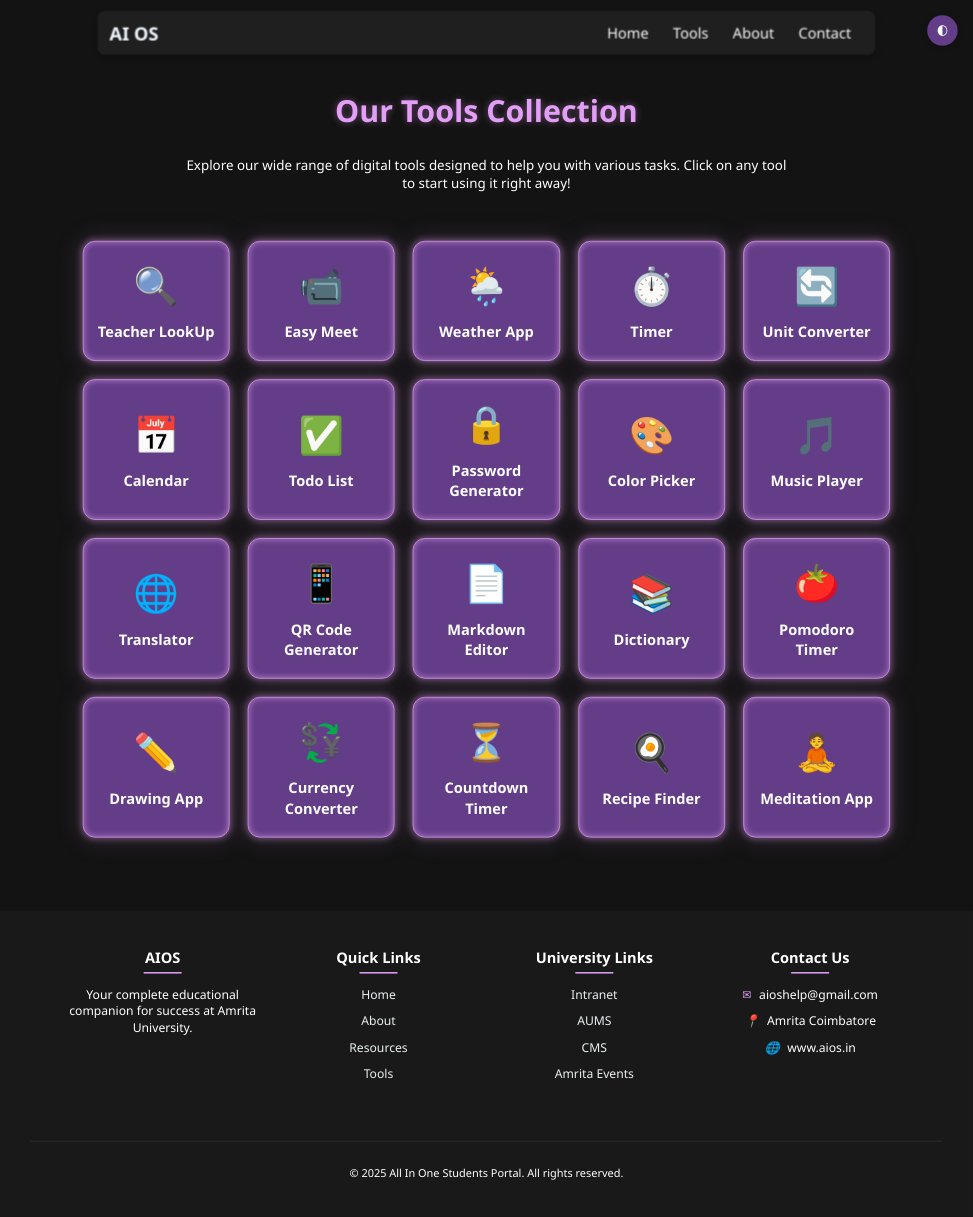
Repository: AniruthKarthik/AIOS
Page: tools.html
The author's editor kept a copy of each file at every save. The page is drawn from the files as they stood at one save, then again after the next save.
The browser window is 1280 px wide. The pictures show the whole page, at 76% of full size.

Above is the page before, as saved 2025-04-01 10:13:32.

### tools.html
<!DOCTYPE html>
<html lang="en">
<head>
    <meta charset="UTF-8">
    <meta name="viewport" content="width=device-width, initial-scale=1.0">
    <title>Tools Page</title>
    <style>
:root {
    --base-color: rgb(19, 19, 19);
    --base-variant: rgb(35, 35, 35);
    --text-color: #ffffff;
    --accent-color: rgb(227, 159, 246);
    --accent-rgb: 227, 159, 246;
    --btn-bg-color: rgb(100, 61, 136);
    --glow-color: rgba(227, 159, 246, 0.4);
}

.lightmode {
    --base-color: #ffffff;
    --base-variant: #f0f0f0;
    --text-color: #333333;
    --accent-color: #000000;
    --accent-rgb: 0, 0, 0;
    --btn-bg-color: #e0e0e0;
    --glow-color: rgba(0, 0, 0, 0.2);
}

* {
    margin: 0;
    padding: 0;
    box-sizing: border-box;
    font-family: 'Segoe UI', Tahoma, Geneva, Verdana, sans-serif;
}

body {
    display: flex;
    flex-direction: column;
    min-height: 100vh; /* Changed from 270vh to 100vh */
    background: var(--base-color);
    color: var(--text-color);
    transition: background-color 0.3s ease, color 0.3s ease;
    overflow-x: hidden;
}

/* Navbar */
nav {
    display: flex;
    justify-content: space-between;
    align-items: center;
    background-color: rgb(31, 31, 31);
    padding: 1rem;
    height: 8vh;
    width: 80%;
    margin: 2vh auto;
    border-radius: 10px;
    backdrop-filter: blur(10px);
    box-shadow: 0 4px 10px rgba(0, 0, 0, 0.2);
    position: relative;
    z-index: 10;
}

nav .logo {
    font-size: 1.5rem;
    color: aliceblue;
    font-weight: bold;
}

nav .nav-links {
    list-style-type: none;
    display: flex;
}

nav .nav-links li {
    margin: 0 1rem;
}

nav .nav-links li a {
    text-decoration: none;
    color: #fefdff;
    font-size: 1.2rem;
}

nav .nav-links li a:hover {
    color: rgb(227, 159, 246);
}

.main-content {
    flex: 1;
    display: flex;
    flex-direction: column;
    padding: 2rem;
    text-align: center;
    width: 100%;
    box-sizing: border-box;
}

.main-content h1 {
    font-size: 2.5rem;
    margin-bottom: 2rem;
    color: var(--accent-color);
    text-shadow: 0 0 10px var(--glow-color);
}

.main-content p {
    font-size: 1.1rem;
    color: var(--text-color);
    max-width: 800px;
    margin: 0 auto 3rem auto;
}

::-webkit-scrollbar {
    width: 12px;
}

::-webkit-scrollbar-track {
    background: rgba(0, 0, 0, 0.1);
    border-radius: 40px;
    margin: 10px;
    box-shadow: inset 0 0 5px var(--glow-color);
}

::-webkit-scrollbar-thumb {
    background: var(--accent-color);
    border-radius: 40px;
    border: 2px solid var(--base-color);
    transition: background 0.3s ease;
}

::-webkit-scrollbar-thumb:hover {
    background: var(--btn-bg-color);
}

.tools-container {
    display: grid;
    grid-template-columns: repeat(5, 1fr);
    gap: 1.5rem;
    width: 90%;
    margin: 0 auto;
    padding: 1rem;
    margin-bottom: 3rem; /* Add margin to the bottom */
}

.tool-box {
    background-color: var(--btn-bg-color);
    border: 1px solid var(--accent-color);
    border-radius: 1em;
    display: flex;
    flex-direction: column;
    align-items: center;
    justify-content: center;
    padding: 1.5rem 1rem;
    color: var(--text-color);
    text-decoration: none;
    cursor: pointer;
    transition: all 0.3s;
    box-shadow: 0 0 0.5em 0.15em var(--glow-color),
                0 0 2em 0.5em rgba(var(--accent-rgb), 0.1),
                inset 0 0 0.4em 0.15em var(--glow-color);
    min-height: 150px;
    position: relative;
}

.tool-box:hover {
    color: var(--base-color);
    background-color: var(--accent-color);
    box-shadow: 0 0 1em 0.25em var(--glow-color),
                0 0 4em 2em rgba(var(--accent-rgb), 0.2),
                inset 0 0 0.75em 0.25em var(--glow-color);
    transform: translateY(-5px);
}

.tool-box:active {
    box-shadow: 0 0 0.6em 0.25em var(--glow-color),
                0 0 2.5em 2em rgba(var(--accent-rgb), 0.1),
                inset 0 0 0.5em 0.25em var(--glow-color);
    transform: translateY(0);
}

.tool-box .emoji {
    font-size: 3rem;
    margin-bottom: 1rem;
}

.tool-box .tool-name {
    font-size: 1.2rem;
    font-weight: bold;
    text-align: center;
}

/* Footer */
footer {
    background-color: rgb(25, 25, 25);
    color: white;
    padding: 3rem 0;
    text-align: center;
    width: 100%;
    margin-top: auto; /* Push footer to the bottom */
}

.footer-content {
    display: flex;
    flex-wrap: wrap;
    justify-content: space-between;
    max-width: 1200px;
    margin: 0 auto;
    padding: 0 2rem;
}

.footer-section {
    flex: 1;
    min-width: 250px;
    margin-bottom: 2rem;
    display: flex;
    flex-direction: column;
    align-items: center;
}

.footer-title {
    font-size: 1.2rem;
    margin-bottom: 1.5rem;
    position: relative;
    display: inline-block;
}

.footer-title::after {
    content: '';
    position: absolute;
    left: 50%;
    bottom: -8px;
    width: 50px;
    height: 2px;
    background-color: var(--accent-color);
    transform: translateX(-50%);
}

.footer-links {
    list-style: none;
    text-align: center;
}

.footer-links li {
    margin-bottom: 0.8rem;
}

.footer-links a {
    color: #ecf0f1;
    text-decoration: none;
    transition: color 0.3s;
}

.footer-links a:hover {
    color: var(--accent-color);
}

.footer-contact p {
    margin-bottom: 0.8rem;
    display: flex;
    align-items: center;
    justify-content: center;
}

.footer-contact i {
    margin-right: 10px;
    color: var(--accent-color);
}

.copyright {
    text-align: center;
    padding-top: 2rem;
    border-top: 1px solid rgba(255, 255, 255, 0.1);
    margin-top: 2rem;
    font-size: 0.9rem;
    max-width: 1200px;
    margin-left: auto;
    margin-right: auto;
    padding-left: 2rem;
    padding-right: 2rem;
}

.theme-toggle {
    position: fixed;
    top: 20px;
    right: 20px;
    width: 40px;
    height: 40px;
    border-radius: 50%;
    background-color: var(--btn-bg-color);
    display: flex;
    align-items: center;
    justify-content: center;
    cursor: pointer;
    z-index: 100;
    box-shadow: 0 2px 10px rgba(0, 0, 0, 0.2);
    transition: all 0.3s ease;
}

.theme-toggle:hover {
    transform: scale(1.1);
    box-shadow: 0 4px 15px var(--glow-color);
}

@media (max-width: 1200px) {
    .tools-container {
        grid-template-columns: repeat(4, 1fr);
    }
}

@media (max-width: 992px) {
    .tools-container {
        grid-template-columns: repeat(3, 1fr);
    }
}

@media (max-width: 768px) {
    .tools-container {
        grid-template-columns: repeat(2, 1fr);
    }
    nav {
        width: 90%;
    }
}

@media (max-width: 576px) {
    .tools-container {
        grid-template-columns: 1fr;
    }
    nav .nav-links {
        display: none;
    }
}
        </style>
</head>
<body>
    <!-- Navigation Bar -->
    <nav>
        <div class="logo">AI OS</div>
        <ul class="nav-links">
            <li><a href="home.html">Home</a></li>
            <li><a href="tools.html">Tools</a></li>
            <li><a href="about.html">About</a></li>
            <li><a href="contact.html">Contact</a></li>
        </ul>
    </nav>

    <!-- Main Content -->
    <div class="main-content">
        <h1>Our Tools Collection</h1>
        <p>Explore our wide range of digital tools designed to help you with various tasks. Click on any tool to start using it right away!</p>

        <!-- Tools Grid -->
        <div class="tools-container">
            <!-- Row 1 -->
            <a href="./teachers_contact.html" class="tool-box">
                <div class="emoji">🔍</div>
                <div class="tool-name">Teacher LookUp</div>
            </a>
            <a href="easymeet-home.html" class="tool-box">
                <div class="emoji">📹</div>
                <div class="tool-name">Easy Meet</div>
            </a>
            <a href="underdevelopment.html" class="tool-box">
                <div class="emoji">🌦️</div>
                <div class="tool-name">Weather App</div>
            </a>
            <a href="underdevelopment.html" class="tool-box">
                <div class="emoji">⏱️</div>
                <div class="tool-name">Timer</div>
            </a>
            <a href="underdevelopment.html" class="tool-box">
                <div class="emoji">🔄</div>
                <div class="tool-name">Unit Converter</div>
            </a>

            <!-- Row 2 -->
            <a  href="underdevelopment.html" class="tool-box">
                <div class="emoji">📅</div>
                <div class="tool-name">Calendar</div>
            </a>
            <a href="underdevelopment.html" class="tool-box">
                <div class="emoji">✅</div>
                <div class="tool-name">Todo List</div>
            </a>
            <a href="underdevelopment.html"  class="tool-box">
                <div class="emoji">🔒</div>
                <div class="tool-name">Password Generator</div>
            </a>
            <a href="underdevelopment.html"  class="tool-box">
                <div class="emoji">🎨</div>
                <div class="tool-name">Color Picker</div>
            </a>
            <a href="underdevelopment.html"  class="tool-box">
                <div class="emoji">🎵</div>
                <div class="tool-name">Music Player</div>
            </a>

            <!-- Row 3 -->
            <a href="underdevelopment.html"  class="tool-box">
                <div class="emoji">🌐</div>
                <div class="tool-name">Translator</div>
            </a>
            <a href="underdevelopment.html"  class="tool-box">
                <div class="emoji">📱</div>
                <div class="tool-name">QR Code Generator</div>
            </a>
            <a href="underdevelopment.html" class="tool-box">
                <div class="emoji">📄</div>
                <div class="tool-name">Markdown Editor</div>
            </a>
            <a href="underdevelopment.html" class="tool-box">
                <div class="emoji">📚</div>
                <div class="tool-name">Dictionary</div>
            </a>
            <a href="underdevelopment.html" class="tool-box">
                <div class="emoji">🍅</div>
                <div class="tool-name">Pomodoro Timer</div>
            </a>

            <!-- Row 4 -->
            <a href="underdevelopment.html" class="tool-box">
                <div class="emoji">✏️</div>
                <div class="tool-name">Drawing App</div>
            </a>
            <a href="underdevelopment.html" class="tool-box">
                <div class="emoji">💱</div>
                <div class="tool-name">Currency Converter</div>
            </a>
            <a href="underdevelopment.html" class="tool-box">
                <div class="emoji">⏳</div>
                <div class="tool-name">Countdown Timer</div>
            </a>
            <a href="underdevelopment.html" class="tool-box">
                <div class="emoji">🍳</div>
                <div class="tool-name">Recipe Finder</div>
            </a>
            <a href="underdevelopment.html" class="tool-box">
                <div class="emoji">🧘</div>
                <div class="tool-name">Meditation App</div>
            </a>
        </div>
    </div>

           <!-- Footer -->
           <footer>
            <div class="container">
                <div class="footer-content">
                    <div class="footer-section">
                        <h3 class="footer-title">AIOS</h3>
                        <p>Your complete educational companion for success at Amrita University.</p>
                    </div>

                    <div class="footer-section">
                        <h3 class="footer-title">Quick Links</h3>
                        <ul class="footer-links">
                            <li><a href="#">Home</a></li>
                            <li><a href="#about">About</a></li>
                            <li><a href="#resources">Resources</a></li>
                            <li><a href="#tools">Tools</a></li>
                        </ul>
                    </div>

                    <div class="footer-section">
                        <h3 class="footer-title">University Links</h3>
                        <ul class="footer-links">
                            <li><a href="https://intranet.cb.amrita.edu/">Intranet</a></li>
                            <li><a href="https://www.amrita.edu/aums/">AUMS</a></li>
                            <li><a href="https://cms.cb.amrita.edu/login">CMS</a></li>
                            <li><a href="#">Amrita Events</a></li>
                        </ul>
                    </div>

                    <div id="contact" class="footer-section footer-contact">
                        <h3 class="footer-title">Contact Us</h3>
                        <p><i class="fas fa-envelope">✉</i> aioshelp@gmail.com</p>
                        <p><i class="fas fa-map-marker-alt">📍</i> Amrita Coimbatore</p>
                        <p><i class="fas fa-globe">🌐</i> www.aios.in</p>
                    </div>
                </div>

                <div class="copyright">
                    &copy; 2025 All In One Students Portal. All rights reserved.
                </div>
            </div>
        </footer>

            <div class="theme-toggle" id="themeToggle">🌓</div>

            <script>
                // Animation on scroll
                document.addEventListener('DOMContentLoaded', function() {
                    const animatedElements = document.querySelectorAll('.team-member, .feature-card, .section-title, .about-text');

                    // Add animated class to elements
                    animatedElements.forEach((element, index) => {
                        element.classList.add('animated');
                        element.style.animationDelay = `${index * 0.1}s`;
                    });

                    // Active navigation highlighting
                    const sections = document.querySelectorAll('section');
                    const navLinks = document.querySelectorAll('.nav-links a');

                    window.addEventListener('scroll', () => {
                        let current = '';

                        sections.forEach(section => {
                            const sectionTop = section.offsetTop;
                            const sectionHeight = section.clientHeight;
                            if (pageYOffset >= (sectionTop - sectionHeight / 3)) {
                                current = section.getAttribute('id');
                            }
                        });

                        navLinks.forEach(link => {
                            link.classList.remove('active');
                            if (link.getAttribute('href').substring(1) === current) {
                                link.classList.add('active');
                            }
                        });
                    });

                    // Theme Toggle
                    const themeToggle = document.getElementById('themeToggle');
                    const body = document.body;

                    themeToggle.addEventListener('click', () => {
                        if (body.classList.contains('lightmode')) {
                            body.classList.remove('lightmode');
                            themeToggle.textContent = '🌓';
                            localStorage.setItem('theme', 'dark');
                        } else {
                            body.classList.add('lightmode');
                            themeToggle.textContent = '🌞';
                            localStorage.setItem('theme', 'light');
                        }
                    });

                    // Check for saved theme preference
                    const savedTheme = localStorage.getItem('theme');
                    if (savedTheme === 'light') {
                        body.classList.add('lightmode');
                        themeToggle.textContent = '🌞';
                    }
                });
            </script>
           </body>
           </html>

After the next save:
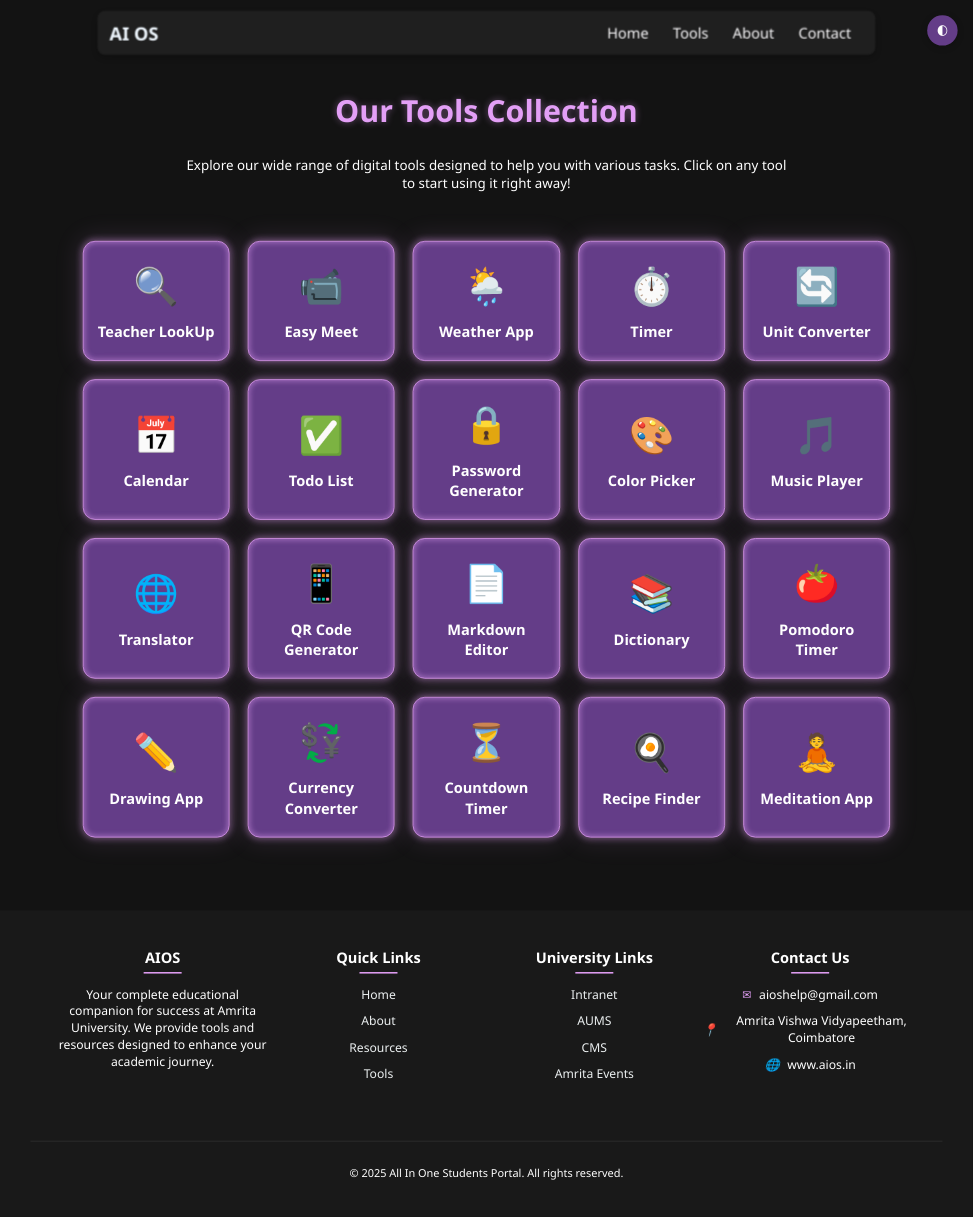
Saved 98 s later.
--- a/tools.html
+++ b/tools.html
@@ -440,47 +440,48 @@
     </div>
 
            <!-- Footer -->
-           <footer>
-            <div class="container">
-                <div class="footer-content">
-                    <div class="footer-section">
-                        <h3 class="footer-title">AIOS</h3>
-                        <p>Your complete educational companion for success at Amrita University.</p>
-                    </div>
-
-                    <div class="footer-section">
-                        <h3 class="footer-title">Quick Links</h3>
-                        <ul class="footer-links">
-                            <li><a href="#">Home</a></li>
-                            <li><a href="#about">About</a></li>
-                            <li><a href="#resources">Resources</a></li>
-                            <li><a href="#tools">Tools</a></li>
-                        </ul>
-                    </div>
-
-                    <div class="footer-section">
-                        <h3 class="footer-title">University Links</h3>
-                        <ul class="footer-links">
-                            <li><a href="https://intranet.cb.amrita.edu/">Intranet</a></li>
-                            <li><a href="https://www.amrita.edu/aums/">AUMS</a></li>
-                            <li><a href="https://cms.cb.amrita.edu/login">CMS</a></li>
-                            <li><a href="#">Amrita Events</a></li>
-                        </ul>
-                    </div>
-
-                    <div id="contact" class="footer-section footer-contact">
-                        <h3 class="footer-title">Contact Us</h3>
-                        <p><i class="fas fa-envelope">✉</i> aioshelp@gmail.com</p>
-                        <p><i class="fas fa-map-marker-alt">📍</i> Amrita Coimbatore</p>
-                        <p><i class="fas fa-globe">🌐</i> www.aios.in</p>
-                    </div>
-                </div>
-
-                <div class="copyright">
-                    &copy; 2025 All In One Students Portal. All rights reserved.
-                </div>
+          <!-- Footer -->
+<footer>
+    <div class="container">
+        <div class="footer-content">
+            <div class="footer-section">
+                <h3 class="footer-title">AIOS</h3>
+                <p>Your complete educational companion for success at Amrita University. We provide tools and resources designed to enhance your academic journey.</p>
             </div>
-        </footer>
+
+            <div class="footer-section">
+                <h3 class="footer-title">Quick Links</h3>
+                <ul class="footer-links">
+                    <li><a href="#">Home</a></li>
+                    <li><a href="#about">About</a></li>
+                    <li><a href="#resources">Resources</a></li>
+                    <li><a href="#tools">Tools</a></li>
+                </ul>
+            </div>
+
+            <div class="footer-section">
+                <h3 class="footer-title">University Links</h3>
+                <ul class="footer-links">
+                    <li><a href="https://intranet.cb.amrita.edu/">Intranet</a></li>
+                    <li><a href="https://www.amrita.edu/aums/">AUMS</a></li>
+                    <li><a href="https://cms.cb.amrita.edu/login">CMS</a></li>
+                    <li><a href="#">Amrita Events</a></li>
+                </ul>
+            </div>
+
+            <div id="contact" class="footer-section footer-contact">
+                <h3 class="footer-title">Contact Us</h3>
+                <p><i class="fas fa-envelope">✉</i> aioshelp@gmail.com</p>
+                <p><i class="fas fa-map-marker-alt">📍</i> Amrita Vishwa Vidyapeetham, Coimbatore</p>
+                <p><i class="fas fa-globe">🌐</i> www.aios.in</p>
+            </div>
+        </div>
+
+        <div class="copyright">
+            &copy; 2025 All In One Students Portal. All rights reserved.
+        </div>
+    </div>
+</footer>
 
             <div class="theme-toggle" id="themeToggle">🌓</div>
 
